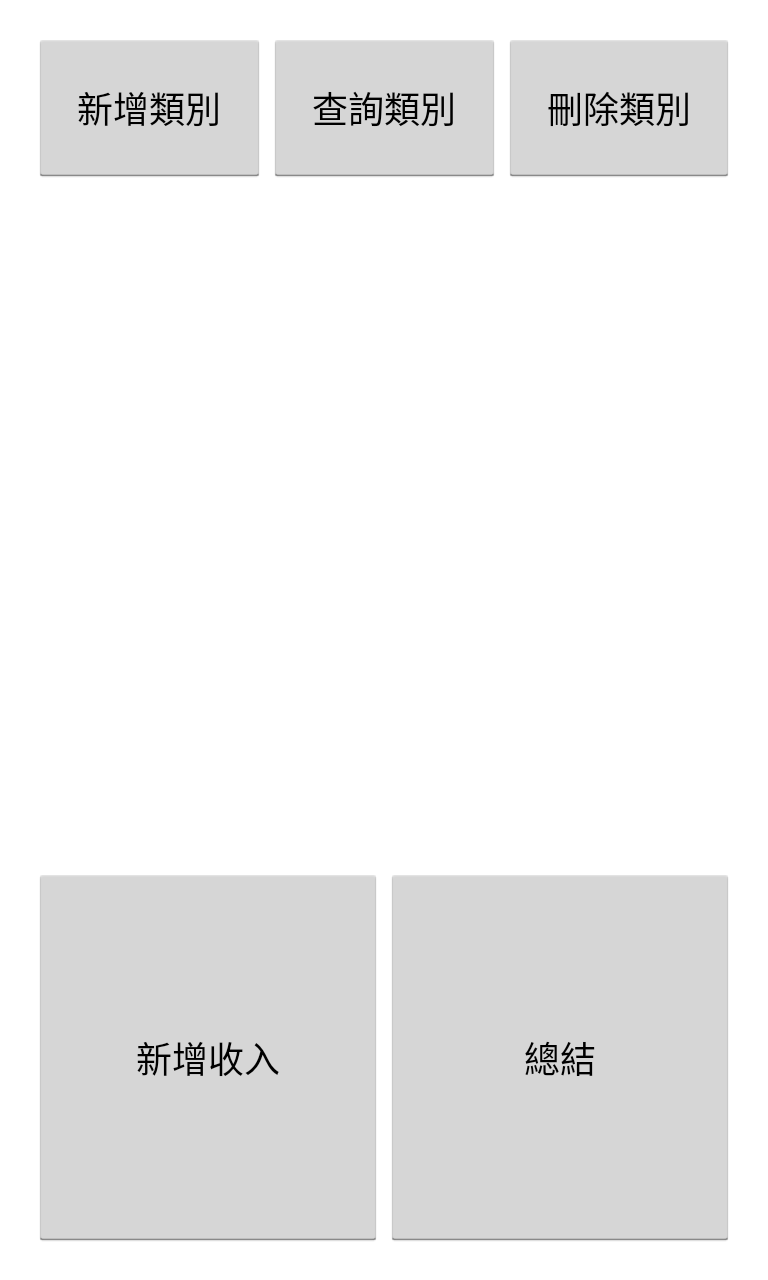
Repository: rayyrayy/Android-app-project
Layout: flashaccounting/easy money manager/res/layout/activity_main.xml
The author's editor kept a copy of each file at every save. The layout is drawn from the files as they stood at one save, then again after the next save.
It is drawn on a 768 x 1280 px phone screen (xhdpi) without system bars, with theme AppTheme; the app's code is not run.

Above is the layout before, as saved 2014-10-31 05:04:28.

After the next save:
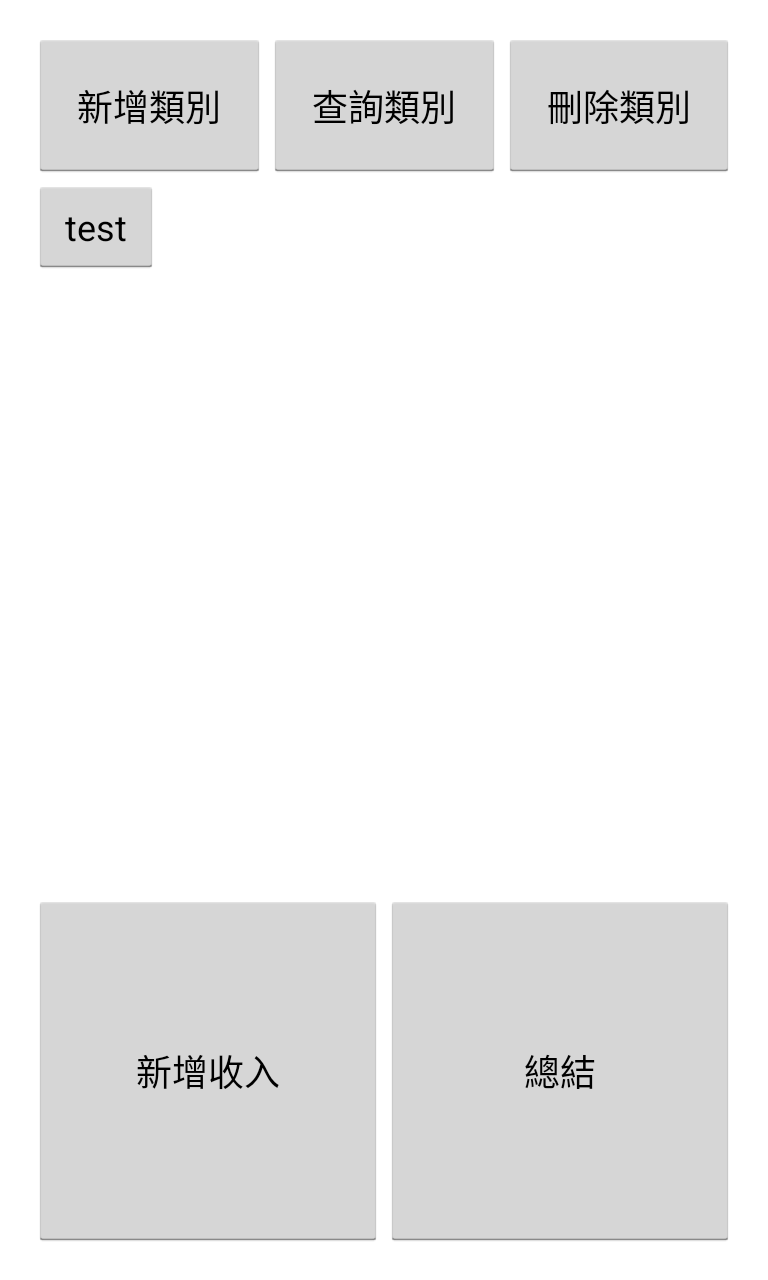
Saved 2 days later.
--- a/flashaccounting/easy money manager/res/layout/activity_main.xml
+++ b/flashaccounting/easy money manager/res/layout/activity_main.xml
@@ -80,6 +80,14 @@
   	      android:stretchMode="spacingWidthUniform"
   	      android:rowCount="3"
   	      android:layout_gravity="fill">
+
+	        <Button
+        	android:id="@+id/test"
+        	android:layout_width="wrap_content"
+        	android:layout_height="wrap_content"
+        	android:layout_gravity="fill"
+        	android:text="test" />
+
  	   </GridLayout>
 
     </LinearLayout>
